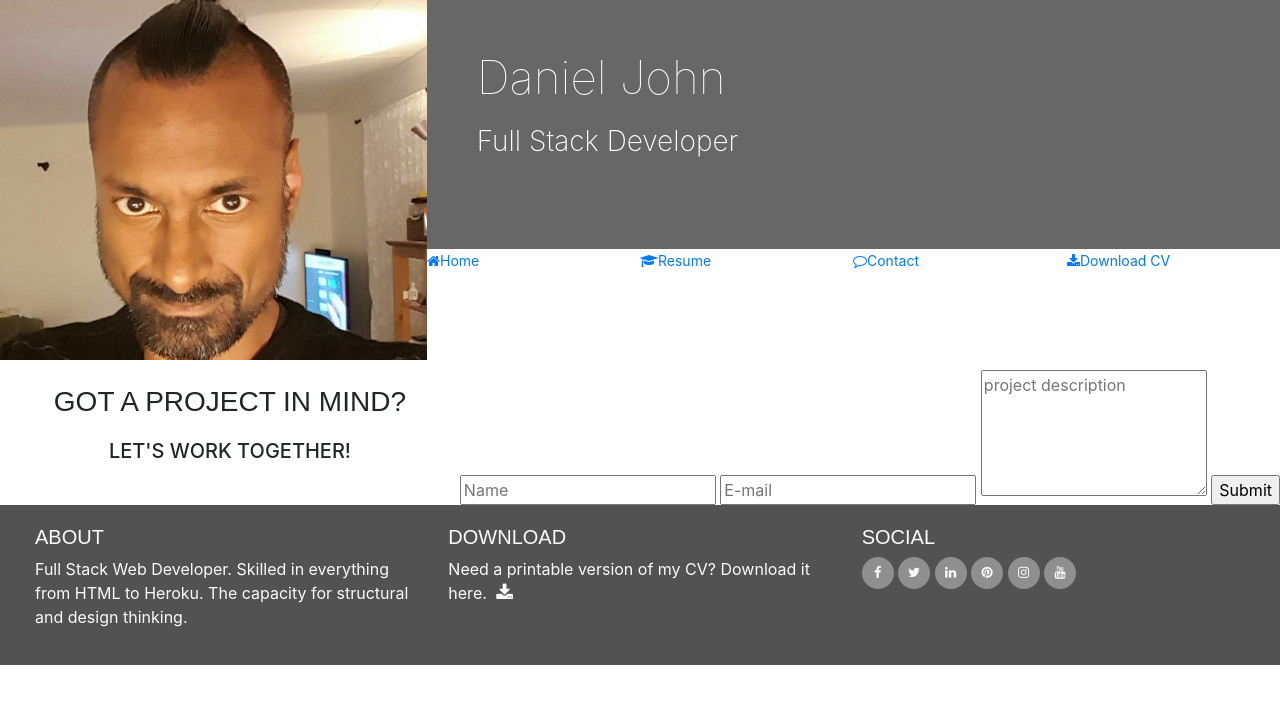
Repository: Jadehammar/initial-commit
Page: contact.html
The author's editor kept a record of every edit. The page is drawn from the files as they stood at one moment, then again after the next edit.
The browser window is 1280 px wide. The page is 1280 px wide, then 1285 px, so the pictures cover 1285 px, including what lies to the right of the window. The pictures show the whole page.

Above is the page before.

### contact.html
<!DOCTYPE html>
<html lang="en">
<head>
    <meta charset="UTF-8">
    <meta name="viewport" content="width=device-width, initial-scale=1.0">
    <meta http-equiv="X-UA-Compatible" content="ie=edge">
    <link rel="stylesheet" href="https://stackpath.bootstrapcdn.com/font-awesome/4.7.0/css/font-awesome.min.css" type="text/css" />
    <link rel="stylesheet" href="https://cdnjs.cloudflare.com/ajax/libs/hover.css/2.3.1/css/hover-min.css" type="text/css" />
    <link rel="stylesheet" href="https://stackpath.bootstrapcdn.com/bootstrap/4.3.1/css/bootstrap.min.css" type="text/css" />
    <link rel="stylesheet" href="assets/css/style.css" type="text/css" />
    <title>Daniel John Contact</title>
</head>
<body>
    <header>
        <div class="row no-gutters">
            <a class="col-md-4 logo" href="02-index.html"></a>
            <div class="col-md-8">
                <div class="row no-gutters bg-color-name-title">
                    <div class="col heading">
                        <h1 class="name">Daniel John</h1>
                        <h2 class="title"> Full Stack Developer</h2>
                    </div>
                </div>
                <div class="row no-gutters">
                    <div class="col">
                        <ul id="nav" class="list-inline menucontainer">
                            <li class="col-6 col-sm-3 list-inline-item ui-menu-color-home menuitem">
                                <a href="#" class="hvr-sweep-to-bottom"><i class="fa fa-home" aria-hidden="true"></i><span>Home</span></a>
                            </li>
                            <li class="col-6 col-sm-3 list-inline-item ui-menu-color-resume menuitem">
                                <a href="#" class="hvr-sweep-to-bottom"><i class="fa fa-graduation-cap" aria-hidden="true"></i><span>Resume</span></a>
                            </li>
                            <li class="col-6 col-sm-3 list-inline-item ui-menu-color-contact menuitem">
                                <a href="#" class="hvr-sweep-to-bottom"><i class="fa fa-comment-o" aria-hidden="true"></i><span>Contact</span></a>
                            </li>
                            <li class="col-6 col-sm-3 list-inline-item ui-menu-color-download menuitem">
                                <a href="#" class="hvr-sweep-to-bottom"><i class="fa fa-download" aria-hidden="true"></i><span>Download CV</span></a>
                            </li>
                        </ul>
                    </div>
                </div>
            </div>
        </div>
    </header>
    <section class="container-fluid">
        <div class="row bg-color-contact">
            <div class="col">
                <h3 class="contact-heading uppercase text-center">Got a project in mind?</h3>
                <h5 class="uppercase text-center">Let's work together!</h5>
            </div>
            <div class="center-form">
                <form>
                    <input type="text" name="Name" id="fullname" class="form-controll" placeholder="Name"
                    required />
                     <input type="email" name="email" id="emailadress" class="form-controll" placeholder="E-mail"
                    required />
                    <textarea rows="5" name="projectsummary" id="projectsummary"
                    class="form-controll" placeholder="project description"
                    required /></textarea>
                    <input type="submit" value="Submit"/>
                </form>
            </div>
        </div>
    </section>
     <footer class="container-fluid">
        <div id="footer-details" class="row">
            <div class="col-sm-4">
                <h5 class="uppercase general-sub">About</h5>
                <p class="inline-block">
                    Full Stack Web Developer. Skilled in everything from HTML to Heroku. The capacity for structural and design thinking.
                </p>
            </div>
            <div class="col-sm-4">
                <h5 class="uppercase general-sub">Download</h5>
                <p class="inline-block">
                    Need a printable version of my CV? Download it here.
                    <a href="#" target="_blank" class="cv-pdf">
                        <i class="fa fa-download" aria-hidden="true"></i>
                        <span class="sr-only">Download link.</span>
                    </a>
                </p>
            </div>
            <div class="col-sm-4">
                <h5 class="uppercase general-sub">Social</h5>
                <ul class="list-inline social-links">
                    <li class="list-inline-item">
                        <a target="_blank" href="#">
                            <i class="fa fa-facebook" aria-hidden="true"></i>
                            <span class="sr-only">Facebook</span>
                        </a>
                    </li>
                    <li class="list-inline-item">
                        <a target="_blank" href="#">
                            <i class="fa fa-twitter" aria-hidden="true"></i>
                            <span class="sr-only">Twitter</span>
                        </a>
                    </li>
                    <li class="list-inline-item">
                        <a target="_blank" href="#">
                            <i class="fa fa-linkedin" aria-hidden="true"></i>
                            <span class="sr-only">LinkedIn</span>
                        </a>
                    </li>
                    <li class="list-inline-item">
                        <a target="_blank" href="#">
                            <i class="fa fa-pinterest" aria-hidden="true"></i>
                            <span class="sr-only">Pinterest</span>
                        </a>
                    </li>
                    <li class="list-inline-item">
                        <a target="_blank" href="#">
                            <i class="fa fa-instagram" aria-hidden="true"></i>
                            <span class="sr-only">Instagram</span>
                        </a>
                    </li>
                    <li class="list-inline-item">
                        <a target="_blank" href="#">
                            <i class="fa fa-youtube" aria-hidden="true"></i>
                            <span class="sr-only">YouTube</span>
                        </a>
                    </li>
                </ul>
            </div>
        </div>
    </footer>
</body>
</html>

### assets/css/style.css
@import url('https://fonts.googleapis.com/css?family=Roboto:100,200,300,400,500,600,700│exo:100,200,300,400,500,600,700');

/*---------------------------------------------color-------------------------------------*/

.bg-color-name-title {
    background-color: #676767;
}

.bg-color-three-reasons {
    background-color: #fff;
}

.bg-color-personal-info {
    background-color: #f4f4f4;
}

.ui-menue-color-home {
    background-color: #e67e22;

}

.ui-menue-color-resume {
    background-color: #9b59b6;

}

.ui-menue-color-contact {
    background-color: #3498db;

}

.ui-menue-color-download {
    background-color: #525252;

}

.bg-color-work-history {
    background-color: #9b59b6;
}

.bg-color-contact{
    background-color: #fff;

}

/*---------------------------------------------Special padding/margins/text-------------------------------------*/

h1,
h2,
h3,
h4 {
    margin: 0;
}

.uppercase {
    text-transform: uppercase;
}

.general-sub {
    font-family: "Exo", sans-serif;
    font-weight: 300;
    color: #fafafa;
}

.inline-block {
    display: inline-block;
}

.row-table {
    display: table;
}

.section-column {
    display: table-cell;
    padding: 0 30px 30px;
    float: none;
}

.history-heading,
.section-heading {
    font-family: "Exo", sans-serif;
    font-weight: 300;
    margin-bottom: 40px;
    margin-top: 25px;
}

/*---------------------------------------------Heading-------------------------------------*/

header {
    margin: 0;
}

.heading {
    margin-left: 50px;

}

.logo {
    background: url("../images/närbild_p.jpg");
    background-position: center;
    background-repeat: no-repeat;
    background-size: cover;
    min-height: 360px;
    transition: all .75s ease-in-out;
    -moz-transition: all .75s ease-in-out;
    -webkit-transition: all .75s ease-in-out;
    -o-transition: all .75s ease-in-out;
}

.name {
    font-family: "Exo" sans-serif;
    font-weight: 100;
    font-size: 46px;
    margin-top: 50px;
    color: #fff;
}

.title {
    font-family: "Roboto" sans-serif;
    font-weight: 200;
    font-size: 28px;
    margin-top: 20px;
    margin-bottom: 90px;
    color: #fff;
}

.list-inline-item:not(:last-child) {
    margin: 0;
}

.menucontainer {
    font-size: 0;
}

#nav li {
    font-size: 14px;
    padding: 0;
}

#nav {
    margin: 0;
}

.menueitem {
    height: 120px;
    text-align: center;
    padding: 0;
}

.menueitem a {
    width: 100%;
    text-decoration: none;
    color: #fff;
    height: 120px;
}

.menueitem a i {
    padding-top: 22px;
    display: block;
    color: #fafafa;
    font-size: 26px;
}

.menueitem span {
    display: block;
    width: 100%;
    padding-top: 5px;
    text-align: center;
    text-transform: uppercase;
    font-size: 14px;
    font-weight: 300;
    letter-spacing: 2px;
}


/*---------------------------------------------Hover.css-------------------------------------*/

.hvr-sweep-to-bottom:before {
    background: rgba(0, 0, 0, 0.2);
    height: 120px;
}

/*---------------------------------------------Footer-------------------------------------*/

footer {
    background-color: #525252;
    color: #fafafa;
    min-height: 120px;
    margin: 0;
}

.cv-pdf i {
    font-size: 18px;
    color: #fafafa;
    text-align: center;
    padding-left: 5px;
    transition: all 0.35s ease-in-out;
    -moz-transition: all 0.35s ease-in-out;
    -webkit-transition: all 0.35s ease-in-out;
    -o-transition: all 0.35 ease-in-out;
}

.cv-pdf i:hover {
    color: #e84160;
    font-size: 19px;
}

.social-links {
    padding-bottom: 15px;
}


.social-links li a i {
    width: 32px;
    height: 32px;
    padding: 12px 0;
    border-radius: 50%;
    font-size: 13px;
    line-height: 7px;
    text-align: center;
    color: #fafafa;
    background: #8f8f8f;
    transition: all 0.35s ease-in-out;
    -moz-transition: all 0.35s ease-in-out;
    -webkit-transition: all 0.35s ease-in-out;
    -o-transition: all 0.35 ease-in-out;
}

.social-links li a i:hover {
    background: #e84610;
}

#footer-details {
    padding: 20px;
}

/*---------------------------------------------Three reasons-------------------------------------*/

.three-reasons-icon {
    font-size: 26px;
    color: #e67e22;
}

.three-reasons-heading {
    margin-bottom: 15px;
}

/*---------------------------------------------Personal info-------------------------------------*/

.personal-info-item {
    margin-bottom: 20px;
    display: block;
    clear: both;

}

.personal-info-item .key,
.personal-info-item .value {
    padding-right: 8px;
    display: inline-block;
}

.personal-info-item .key p,
.personal-info-item .value p {
    margin: 0;
}

.personal-info-item .key {
    width: 30%;
    margin-right: 21px;
    padding-top: 2px;
    vertical-align: top;

}

.personal-info-item .key p {
    font-weight: 700;
}

.personal-info-item .value {
    position: relative;
    width: 60%;

}

/*---------------------------------------------Skills-------------------------------------*/

.progress {
    position: relative;
    height: 25px;
    margin-bottom: 4px;
}

.progress-type {
    position: absolute;
    left: 0px;
    font-weight: 400;
    padding: 3px 30px 2px 10px;
    color: #fafafa;
    background-color: rgba(25, 25, 25, 0.2);
}

.progress-section {
    margin: 40px 20px;

}

/*---------------------------------------------Work-history-------------------------------------*/

.history-heading {
    color: #fafafa;
    margin-bottom: 50px;
}

.timeline-item {
    padding: 4em 2em 0em 2em;
    position: relative;
    color: #fafafa;
    border-left: 1px solid;
}

.timeline-item p {
    padding: 0;
    margin: 0;
}

.timeline-item:before {
    content: attr(data-dates);
    position: absolute;
    left: 2.5em;
    top: 3em;
    display: block;
    font-family: "Exo", sans-serif;
    font-weight: 500;
    font-size: 0.8em;
    padding: 0;
    margin: 0;
}

.timeline-item:after {
    width: 12px;
    height: 12px;
    display: block;
    top: 2.4em;
    position: absolute;
    left: -6px;
    border-radius: 12px;
    content: '';
    background: #fafafa;
}

.history-items {
    margin-bottom: 30px;
}

/*---------------------------------------------Contact-form-------------------------------------*/

.contact-heading{
    font-family: "exo", sans-serif;
    font-weight: 300;
    margin-top: 25px;
    margin-bottom: 20px;

}

.center-form {
    padding-top: 10px;
    margin: 0, auto;
 max-width: 70%;
}

button [type="submit"]{
    margin-top: 15px;
    margin-bottom: 20px;
    backround-color: #e84610;
}

After the next edit:
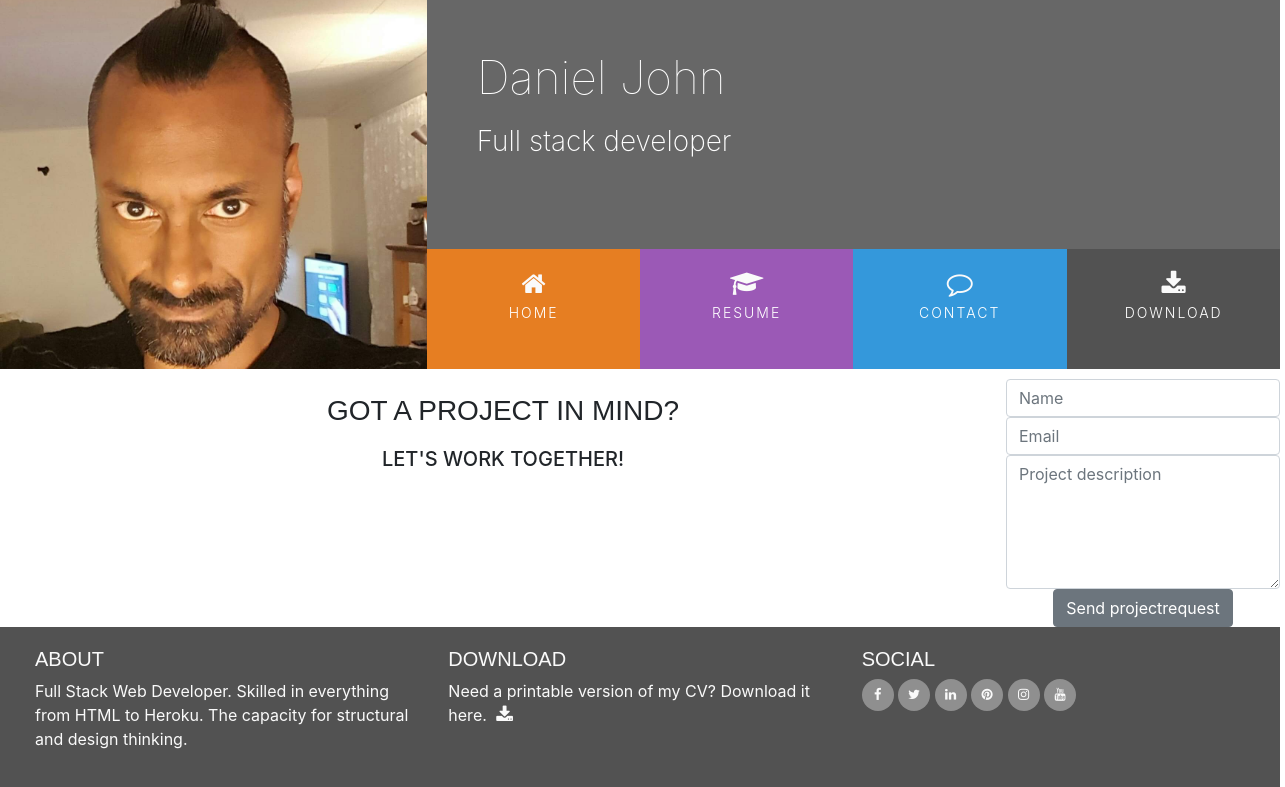
The edit:
--- a/contact.html
+++ b/contact.html
@@ -1,5 +1,6 @@
 <!DOCTYPE html>
 <html lang="en">
+
 <head>
     <meta charset="UTF-8">
     <meta name="viewport" content="width=device-width, initial-scale=1.0">
@@ -10,37 +11,38 @@
     <link rel="stylesheet" href="assets/css/style.css" type="text/css" />
     <title>Daniel John Contact</title>
 </head>
+
 <body>
     <header>
         <div class="row no-gutters">
-            <a class="col-md-4 logo" href="02-index.html"></a>
+            <a href="index.html" class="col-md-4 logo"></a>
             <div class="col-md-8">
                 <div class="row no-gutters bg-color-name-title">
                     <div class="col heading">
                         <h1 class="name">Daniel John</h1>
-                        <h2 class="title"> Full Stack Developer</h2>
+                        <h2 class="title">Full stack developer</h2>
                     </div>
                 </div>
                 <div class="row no-gutters">
                     <div class="col">
                         <ul id="nav" class="list-inline menucontainer">
-                            <li class="col-6 col-sm-3 list-inline-item ui-menu-color-home menuitem">
+                            <li class="col-6 col-sm-3 ui-menue-color-home list-inline-item menueitem">
                                 <a href="#" class="hvr-sweep-to-bottom"><i class="fa fa-home" aria-hidden="true"></i><span>Home</span></a>
                             </li>
-                            <li class="col-6 col-sm-3 list-inline-item ui-menu-color-resume menuitem">
+                            <li class="col-6 col-sm-3 ui-menue-color-resume list-inline-item menueitem">
                                 <a href="#" class="hvr-sweep-to-bottom"><i class="fa fa-graduation-cap" aria-hidden="true"></i><span>Resume</span></a>
                             </li>
-                            <li class="col-6 col-sm-3 list-inline-item ui-menu-color-contact menuitem">
+                            <li class="col-6 col-sm-3 ui-menue-color-contact list-inline-item menueitem">
                                 <a href="#" class="hvr-sweep-to-bottom"><i class="fa fa-comment-o" aria-hidden="true"></i><span>Contact</span></a>
                             </li>
-                            <li class="col-6 col-sm-3 list-inline-item ui-menu-color-download menuitem">
-                                <a href="#" class="hvr-sweep-to-bottom"><i class="fa fa-download" aria-hidden="true"></i><span>Download CV</span></a>
+                            <li class="col-6 col-sm-3 ui-menue-color-download list-inline-item menueitem">
+                                <a href="#" class="hvr-sweep-to-bottom"><i class="fa fa-download" aria-hidden="true"></i><span>Download</span></a>
                             </li>
+
                         </ul>
                     </div>
                 </div>
             </div>
-        </div>
     </header>
     <section class="container-fluid">
         <div class="row bg-color-contact">
@@ -50,19 +52,19 @@
             </div>
             <div class="center-form">
                 <form>
-                    <input type="text" name="Name" id="fullname" class="form-controll" placeholder="Name"
-                    required />
-                     <input type="email" name="email" id="emailadress" class="form-controll" placeholder="E-mail"
-                    required />
-                    <textarea rows="5" name="projectsummary" id="projectsummary"
-                    class="form-controll" placeholder="project description"
-                    required /></textarea>
-                    <input type="submit" value="Submit"/>
+                    <input type="text" name="name" id="fullname" class="form-control" placeholder="Name" required />
+                    <input type="email" name="email" id="emailaddress" class="form-control" placeholder="Email" required />
+                    <textarea rows="5" name="projectsummary" id="projectsummary" class="form-control" placeholder="Project description" required></textarea>
+                    <div class="form-row text-center">
+                        <div class="col">
+                            <button type="Submit" class="btn btn-secondary">Send projectrequest</button>
+                        </div>
+                    </div>
                 </form>
             </div>
         </div>
     </section>
-     <footer class="container-fluid">
+    <footer class="container-fluid">
         <div id="footer-details" class="row">
             <div class="col-sm-4">
                 <h5 class="uppercase general-sub">About</h5>
@@ -124,4 +126,5 @@
         </div>
     </footer>
 </body>
+
 </html>
